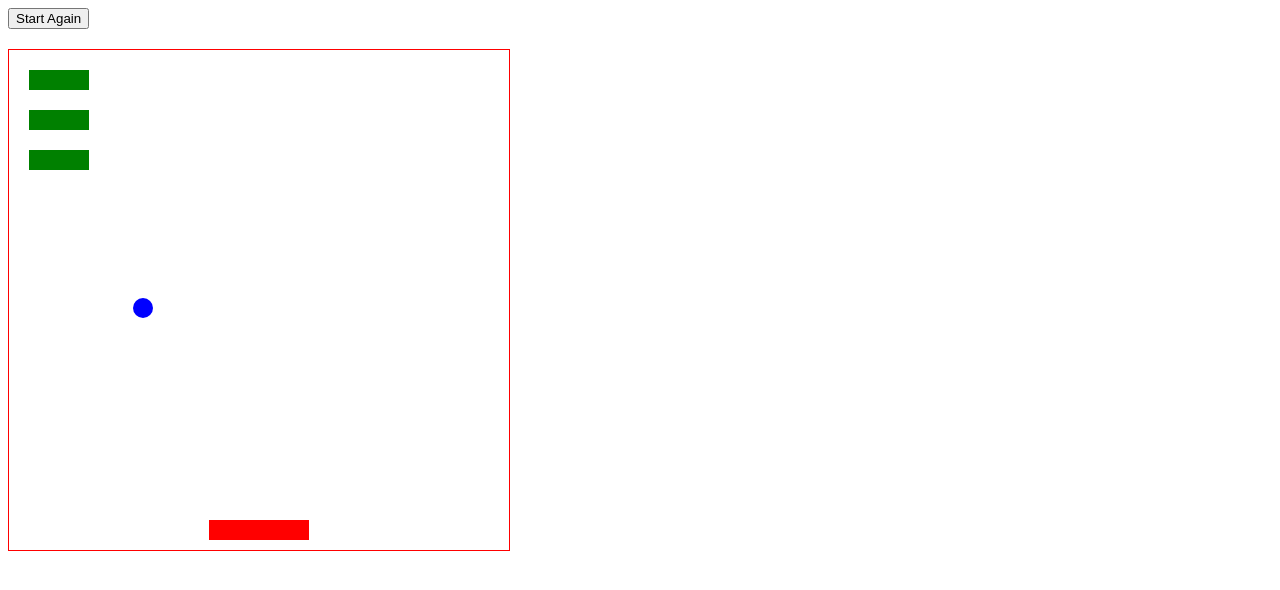
Repository: huynhsang96/CaseJS
Page: Demo_case/index.html
The author's editor kept a copy of each file at every save. The page is drawn from the files as they stood at one save, then again after the next save.
The browser window is 1280 px wide. The pictures show the whole page.

Above is the page before, as saved 2022-02-20 00:31:10.

### Demo_case/index.html
<!DOCTYPE html>
<html lang="en">
<head>
    <meta charset="UTF-8">
    <meta http-equiv="X-UA-Compatible" content="IE=edge">
    <meta name="viewport" content="width=device-width, initial-scale=1.0">
    <title>Document</title>
    <style>

        canvas{
            margin-top: 20px;

        }
    </style>
</head>
<body>
    <div class="btn">
        <button class="btn-start">Start Again</button>
    </div>
    <canvas id="myCanvas" width="500" height="500" style="border:1px solid red;">


    <script src="./ball.js"></script>
    <script src="./bar.js"></script>
    <script src="./brick.js"></script>
    <script src="./main.js"></script>

    <script>

    </script>
</body>
</html>

### Demo_case/ball.js
class Ball{
    constructor(x, y, radius, color){
        this.x = x;
        this.y = y;
        this.radius = radius;
        this.color = color;
        this.speedX = 2;
        this.speedY = 3;
        this.canvas = document.getElementById("myCanvas");
        this.ctx = this.canvas.getContext('2d');
        this.isGameOver = false;
    }

    draw(){
        this.ctx.beginPath();
        this.ctx.arc(this.x, this.y, this.radius, 0, Math.PI * 2);
        this.ctx.fillStyle = this.color;
        this.ctx.fill();
        this.ctx.closePath();
    }

    updateBall(){
        this.x += this.speedX;
        this.y += this.speedY;
    }

    ballColiision(){
        if(this.x + this.radius > this.canvas.width || this.x < this.radius){
            this.speedX = -this.speedX;
        }
        if(this.y < this.radius){
            this.speedY = -this.speedY
        }
    }

    checkGame(){
        if(this.y + this.radius > this.canvas.height){
            this.isGameOver = true;
        }
    }

    move(){
        this.ctx.clearRect(0,0,this.canvas.width,this.canvas.height); // xóa canvas
        this.draw();
    }
}

### Demo_case/bar.js
class Bar{
    constructor(width, height, color){
        this.width = width;
        this.height = height;
        this.x = 200;
        this.y = 470;
        this.color = color;
        this.speed = 5;
        this.isMovingLeft = false;
        this.isMovingRight = false;
        this.canvas = document.getElementById("myCanvas");
        this.ctx = this.canvas.getContext('2d');
    }

    drawBar(){
        this.ctx.beginPath();
        this.ctx.rect(this.x, this.y, this.width, this.height);
        this.ctx.fillStyle = this.color;
        this.ctx.fill();
        this.ctx.closePath();
    }


    moveBar(){
        if(this.isMovingLeft && this.x > 0){
            this.x -= this.speed;
        }
        if(this.isMovingRight && this.x < this.canvas.width - this.width){
                this.x += this.speed;
            }
        }
}

### Demo_case/brick.js
class  Brick{
    constructor(){
        this.offsetX = 20;
        this.offsetY = 20;
        this.margin = 20;
        this.width = 60;
        this.height = 20;
        this.totalRow = 3;
        this.totalColum = 6;
        this.brickList = []
        this.isEndGame = false;
        this.canvas = document.getElementById("myCanvas");
        this.ctx = this.canvas.getContext('2d');
    }


    drawBrick(){
        this.brickList.forEach(element => {
            if(!element.isbroken){
                this.ctx.beginPath();
                this.ctx.rect(
                    element.x,
                    element.y,
                    this.width,
                    this.height,
                );
                this.ctx.fillStyle = "green";
                this.ctx.fill();
                this.ctx.closePath();
            }
        })
    }

    checkEndGame(){
        this.isEndGame = this.brickList.every(element =>{
            return element.isbroken == true;
        })
    }
}

### Demo_case/main.js
let ball = new Ball(250,150,10,"blue");
let bar = new Bar(100,20,"red");
let bricks = new Brick();


// --------------------------Event Keyboard---------------------

document.addEventListener("keydown",function(e){
    if(e.keyCode === 37){
        bar.isMovingLeft = true;
    }
    if(e.keyCode === 39){
        bar.isMovingRight = true;
    }
})


document.addEventListener("keyup",function(e){
    if(e.keyCode === 37){
        bar.isMovingLeft = false;
    }
    if(e.keyCode === 39){
        bar.isMovingRight = false;
    }
})

// ----------------------------Bar----------------------------

function barCollision(){
    if(ball.x + ball.radius >= bar.x &&
        ball.y + ball.radius >= bar.y &&
        ball.x + ball.radius <= bar.x + bar.width){

        ball.speedY = -ball.speedY;
    }
}

// ----------------------------Bricks------------------------

// Tạo danh sách Bricks
for(let i = 0; i < bricks.totalColum; i++){
    for(let j = 0; j < bricks.totalRow; j++){
        bricks.brickList.push({
            x: bricks.offsetX + i * (bricks.width + bricks.margin),
            y: bricks.offsetY + j * (bricks.height + bricks.margin),
            isbroken: false,
        })
    }
}

// xử lý va chạm
function BricksCollision(){
    bricks.brickList.forEach(function(element){
        if(!element.isbroken){
            if(ball.x >= element.x &&
                ball.x <= element.x + bricks.width &&
                ball.y + ball.radius ){
                ball.speedY = -ball.speedY;
                element.isbroken = true;
            }
        }
    })
}

// bricks.brickList.forEach(element =>{
//     if(!element.isbroken){
//         if(ball.x + ball.radius >= element.x &&
//             ball.x + ball.radius <= element.x + bricks.width &&
//             ball.y + ball.radius >= element.y &&
//             ball.y + ball.radius <= element.y + bricks.height){
//
//         }
//     }
// }

function play(){
    ball.checkGame();
    bricks.checkEndGame();

    if(!ball.isGameOver && !bricks.isEndGame){
        ball.move();
        ball.updateBall();
        ball.ballColiision();

        bar.drawBar();
        bar.moveBar();
        barCollision();

        bricks.drawBrick();
        BricksCollision();

        requestAnimationFrame(play); // Giống đệ quy
    }else{
        alert("End Game!");
    }
}

play()

After the next save:
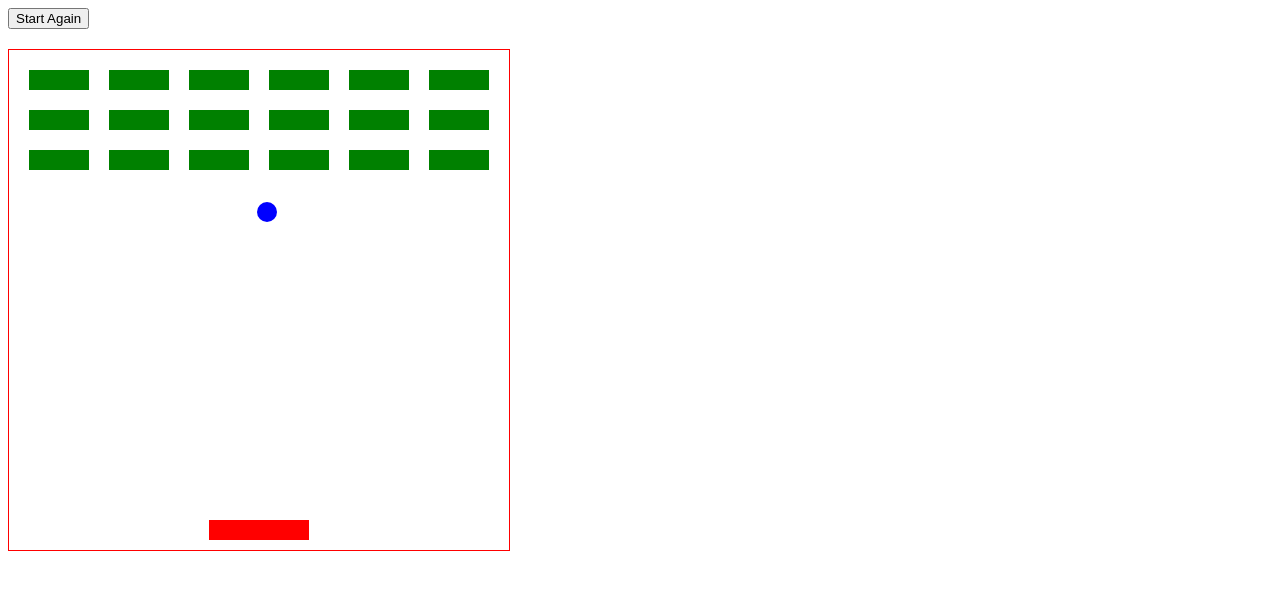
Console error: ReferenceError: e is not defined
Saved 10 s later.
--- a/Demo_case/main.js
+++ b/Demo_case/main.js
@@ -54,7 +54,7 @@
         if(!element.isbroken){
             if(ball.x >= element.x &&
                 ball.x <= element.x + bricks.width &&
-                ball.y + ball.radius ){
+                ball.y + ball.radius >= e){
                 ball.speedY = -ball.speedY;
                 element.isbroken = true;
             }

After the save that followed:
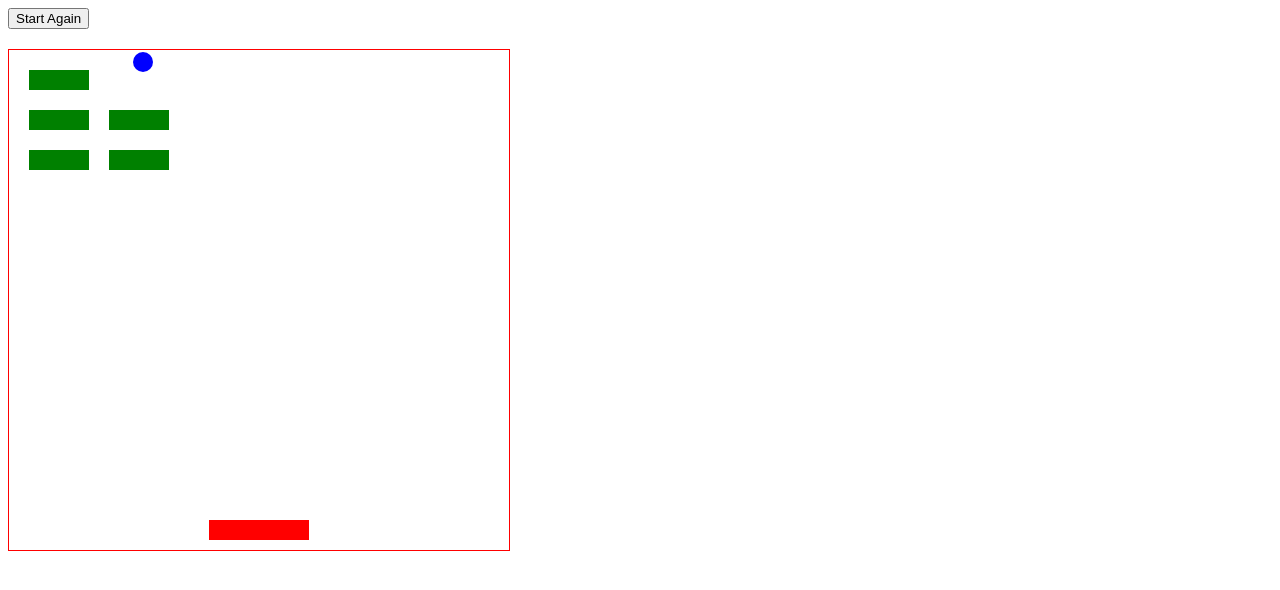
The error is gone.
Saved 34 s later.
--- a/Demo_case/main.js
+++ b/Demo_case/main.js
@@ -54,7 +54,8 @@
         if(!element.isbroken){
             if(ball.x >= element.x &&
                 ball.x <= element.x + bricks.width &&
-                ball.y + ball.radius >= e){
+                ball.y + ball.radius >= element.y &&
+                ball.y - ball.radius ){
                 ball.speedY = -ball.speedY;
                 element.isbroken = true;
             }
